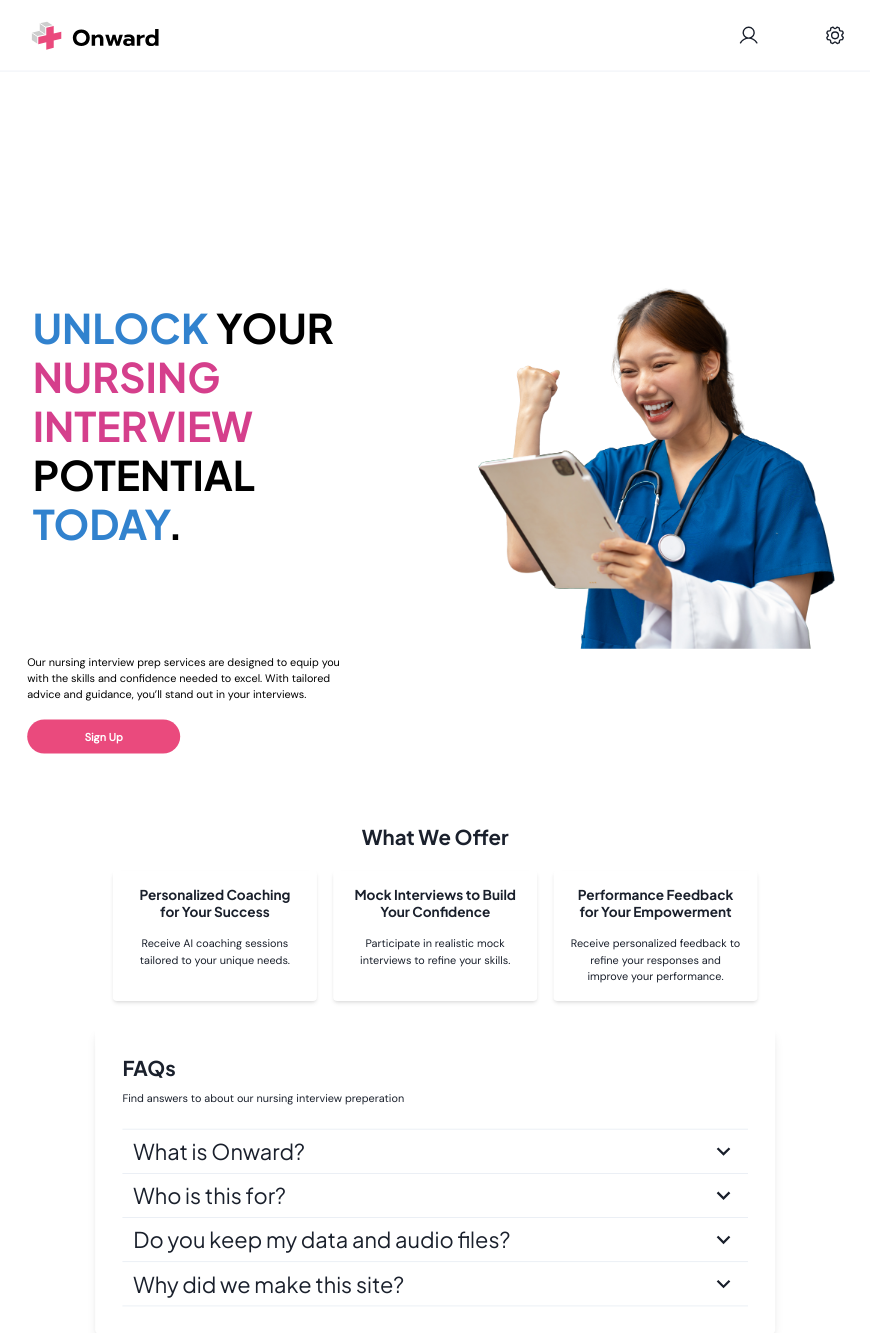
Repository: Aladdin3r/onward
Page: /landing-page
The author's editor kept a copy of each file at every save. The page is drawn from the files as they stood at one save, then again after a run of saves.
The browser window is 1280 px wide. The pictures show the whole page, at 68% of full size.
The project was rebuilt for these pictures with package versions that can differ from the ones it lists, and the page was loaded fresh each time. The framework's server and built-in components were replaced by stand-ins that run in the browser. Also part of the build but not shown: next.config.mjs, styles/components/AppTopNav.js, styles/components/Layout.js.

Above is the page before, as saved 2024-10-29 02:18:22.

After the next 8 saves:
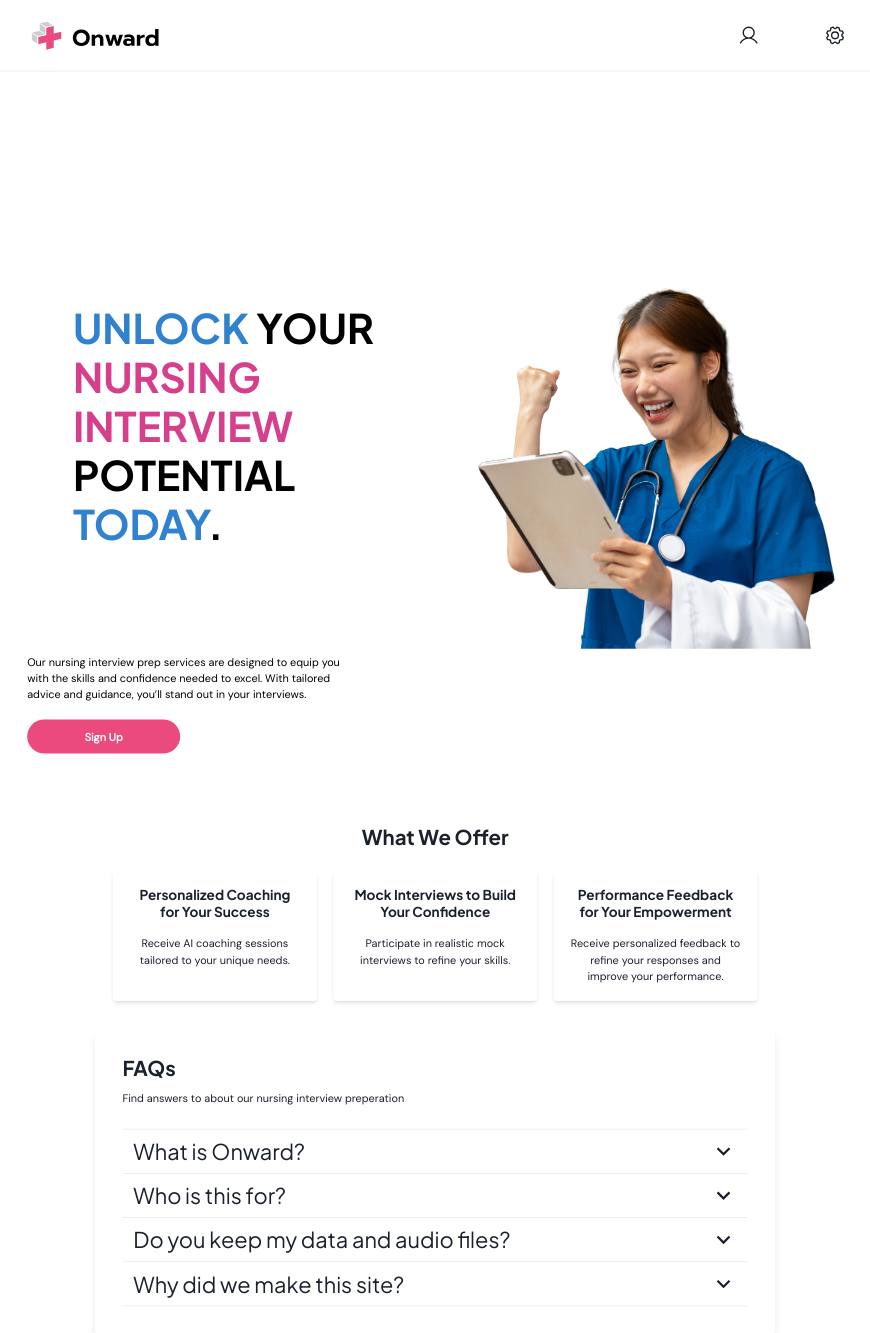
The 8 saves are shown as one change because 1 did not build or start and some came seconds apart.
The last was saved 41 s later.
--- a/pages/landing-page.js
+++ b/pages/landing-page.js
@@ -41,6 +41,10 @@ export default function Home() {
                     justifyContent="space-between"
                     gap="2rem"  // Adds a gap between text and image
                 >
+
+                    <Flex>
+
+                    </Flex>
                     <Heading
                         fontFamily="heading"
                         fontSize="6xl"
